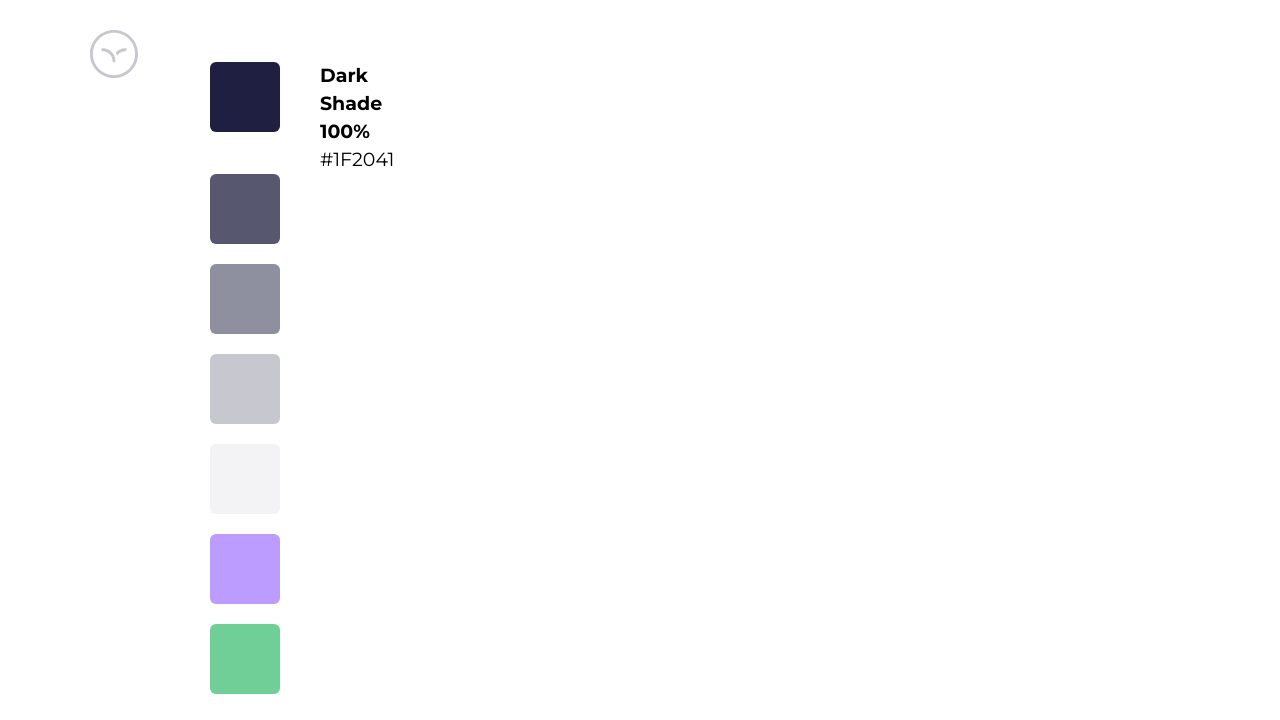
Repository: Inzhir2022/quatrain
Page: ui/index.html
These files come from the project's save history. The page is drawn as it stood at one moment and after the next save; the edit follows.
The browser window is 1280 px wide. The pictures show the whole page.

Above is the page before, as saved 2022-07-23 09:16:03.

### ui/index.html
<!DOCTYPE html>
<html lang="en">

<head>
  <meta charset="UTF-8">
  <meta http-equiv="X-UA-Compatible" content="IE=edge">
  <meta name="viewport" content="width=device-width, initial-scale=1.0">
  <link rel="preconnect" href="https://fonts.googleapis.com">
  <link rel="preconnect" href="https://fonts.gstatic.com" crossorigin>
  <link href="https://fonts.googleapis.com/css2?family=Montserrat:wght@400;700&display=swap" rel="stylesheet">
  <link rel="stylesheet" href="style.css">
  <title>UI</title>
</head>

<body>
  <div class="colorsAndTypes">
    <div class="container">
      <div class="colorsAndTypes__logo logo">
        <svg class="logo__icon" width="48" height="48" viewBox="0 0 48 48" xmlns="http://www.w3.org/2000/svg">
          <path d="M23.9989 32.4712C23.2224 32.4712 22.5871 31.8359 22.5871 31.0594C22.5871 25.6241 18.14 21.177 12.7047 21.177C11.9283 21.177 11.293 20.5418 11.293 19.7653C11.293 18.9888 11.9283 18.3535 12.7047 18.3535C19.7283 18.3535 25.4106 24.0359 25.4106 31.0594C25.4106 31.8359 24.7753 32.4712 23.9989 32.4712Z" />
          <path d="M36.7068 19.7653C36.7068 20.5418 36.0715 21.177 35.295 21.177C31.9421 21.177 28.9421 22.8712 27.1774 25.4476C26.7892 24.4594 26.3303 23.5418 25.7656 22.6947C28.095 20.0123 31.5186 18.3535 35.295 18.3535C36.0715 18.3535 36.7068 18.9888 36.7068 19.7653Z" />
          <path d="M24 48C10.7647 48 0 37.2353 0 24C0 10.7647 10.7647 0 24 0C37.2353 0 48 10.7647 48 24C48 37.2353 37.2353 48 24 48ZM24 2.82353C12.3176 2.82353 2.82353 12.3176 2.82353 24C2.82353 35.6824 12.3176 45.1765 24 45.1765C35.6824 45.1765 45.1765 35.6824 45.1765 24C45.1765 12.3176 35.6824 2.82353 24 2.82353Z" />
        </svg>
      </div>
      <div class="colors">
        <div class="colors__wrapper">
          <div class="colors__item colors__item_darkShade"></div>
          <div class="colors__title">Dark Shade 100%
            <span class="colors__subtitle">#1F2041</span>
          </div>
        </div>

        <div class="colors__wrapper">
          <div class="colors__item colors__item_darkShade_75"></div>
          <div class="colors__title"></div>
          <div class="colors__subtitle"></div>
        </div>
        <div class="colors__wrapper">
          <div class="colors__item colors__item_darkShade_50"></div>
          <div class="colors__title"></div>
          <div class="colors__subtitle"></div>
        </div>
        <div class="colors__wrapper">
          <div class="colors__item colors__item_darkShade_25"></div>
          <div class="colors__title"></div>
          <div class="colors__subtitle"></div>
        </div>
        <div class="colors__wrapper">
          <div class="colors__item colors__item_darkShade_5"></div>
          <div class="colors__title"></div>
          <div class="colors__subtitle"></div>
        </div>
        <div class="colors__wrapper">
          <div class="colors__item colors__item_purple"></div>
          <div class="colors__title"></div>
          <div class="colors__subtitle"></div>
        </div>
        <div class="colors__wrapper">
          <div class="colors__item colors__item_green"></div>
          <div class="colors__title"></div>
          <div class="colors__subtitle"></div>
        </div>

      </div>
    </div>
  </div>



</body>

</html>

### ui/style.css
:root {
  --darkShade_100: rgba(31, 32, 65, 1);
  --darkShade_75: rgba(31, 32, 65, .75);
  --darkShade_50: rgba(31, 32, 65, .5);
  --darkShade_25: rgba(31, 32, 65, .25);
  --darkShade_5: rgba(31, 32, 65, .05);
  --purple: rgb(188, 156, 255);
  --green: rgb(111, 207, 151);
}

body {
  position: relative;
  margin: 0;
  padding: 0;
  box-sizing: border-box;
  font-family: 'Montserrat', sans-serif;
}

.container {
  display: grid;
  grid-template-columns: repeat(12, 1fr);
  margin: 0 auto;
  max-width: 1160px;

}

.colorsAndTypes__logo {
  position: absolute;
  margin: 30px 0 0 30px;
}
.logo__icon {
  fill: rgba(31, 32, 65, .25);
}

.colors {
  padding: 62px 0 0 150px;
}

.colors__wrapper {
  display: grid;
  grid-template-columns: 70px 1fr;
  column-gap: 40px;
  row-gap: 20px;
}

.colors__item {
  width: 70px;
  height: 70px;
  border-radius: 6px;
}

.colors__item_darkShade {
  background-color: var(--darkShade_100);
}
.colors__item_darkShade_75 {
  background-color: var(--darkShade_75);
}
.colors__item_darkShade_50 {
  background-color: var(--darkShade_50);
}
.colors__item_darkShade_25 {
  background-color: var(--darkShade_25);
}
.colors__item_darkShade_5 {
  background-color: var(--darkShade_5);
}
.colors__item_purple {
  background-color: var(--purple);
}
.colors__item_green {
  background-color: var(--green);
}

.colors__title {
  font-size: 19px;
  font-weight: 700;
  line-height: 28px;
}

.colors__subtitle {
  display: block;
  font-weight: 400;
}

After the next save:
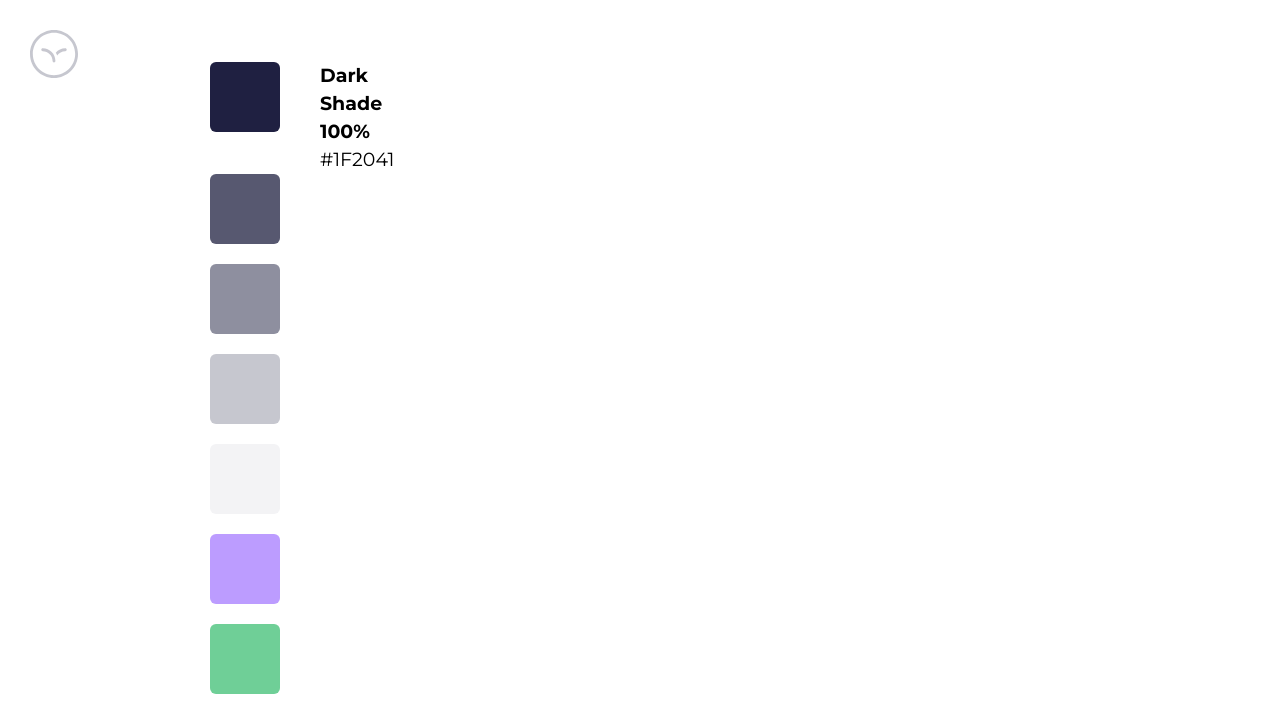
Saved 32 s later.
--- a/ui/style.css
+++ b/ui/style.css
@@ -26,7 +26,8 @@
 
 .colorsAndTypes__logo {
   position: absolute;
-  margin: 30px 0 0 30px;
+  top: 30px;
+  left: 30px;
 }
 .logo__icon {
   fill: rgba(31, 32, 65, .25);
